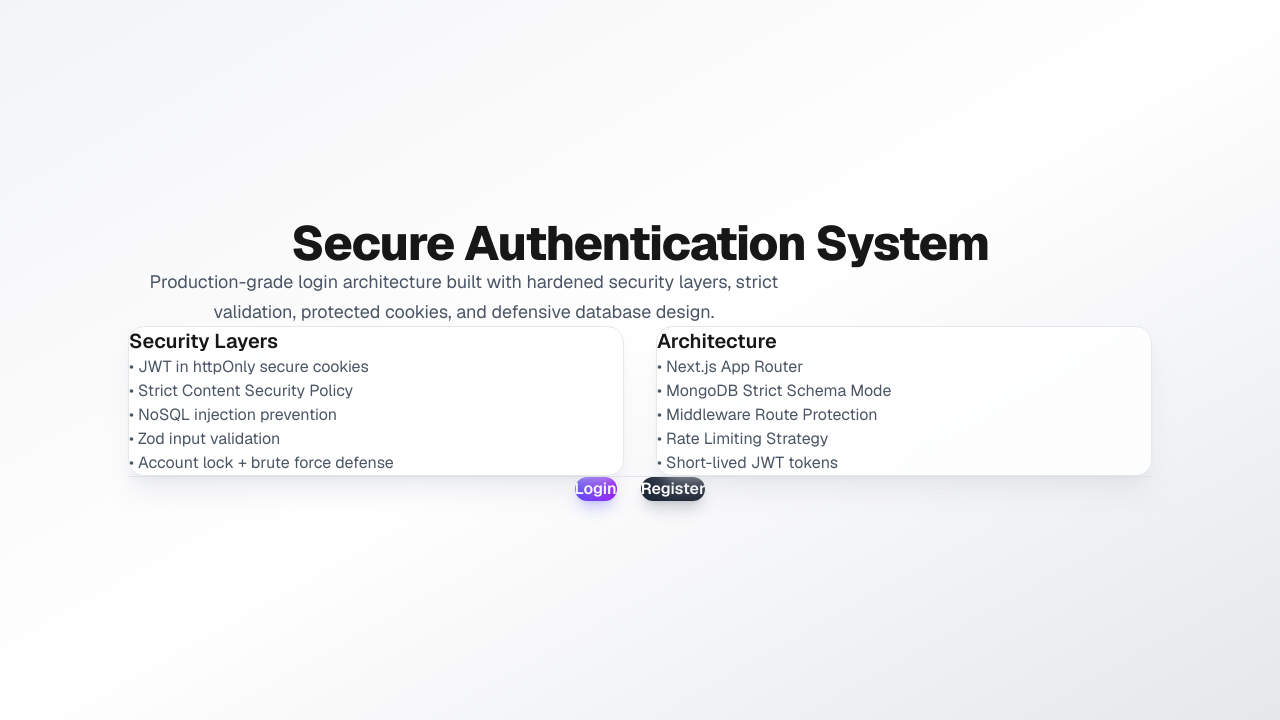
Repository: swastikjhacoder/secure-auth-app
Page: /
An editor plug-in stored every save of this project. The page is shown before and after the next save, followed by the edit.
The browser window is 1280 px wide. The pictures show the whole page.
The project was rebuilt for these pictures with package versions that can differ from the ones it lists, and the page was loaded fresh each time. The framework's server and built-in components were replaced by stand-ins that run in the browser. Also part of the build but not shown: next.config.mjs.

Above is the page before, as saved 2026-03-02 12:53:52.

### src/app/layout.js
import { Geist, Geist_Mono } from "next/font/google";
import "./globals.css";

const geistSans = Geist({
  variable: "--font-geist-sans",
  subsets: ["latin"],
  display: "swap",
});

const geistMono = Geist_Mono({
  variable: "--font-geist-mono",
  subsets: ["latin"],
  display: "swap",
});

export const metadata = {
  title: {
    default: "Secure Auth App",
    template: "%s | Secure Auth App",
  },
  description: "Production-grade secure authentication system",
  metadataBase: new URL("http://localhost:3000"),
  robots: {
    index: false,
    follow: false,
  },
};

export default function RootLayout({ children }) {
  return (
    <html lang="en" suppressHydrationWarning>
      <body
        className={`
          ${geistSans.variable}
          ${geistMono.variable}
          font-sans
          antialiased
          min-h-screen
        `}
      >
        {children}
      </body>
    </html>
  );
}

### src/app/page.js
import Link from "next/link";

export default function Home() {
  return (
    <div className="min-h-screen bg-linear-to-br from-gray-100 via-white to-gray-200 dark:from-black dark:via-zinc-900 dark:to-black flex items-center justify-center px-6 py-16">
      <div className="w-full max-w-5xl space-y-14">
        <div className="text-center space-y-6">
          <h1 className="text-5xl font-extrabold tracking-tight">
            Secure Authentication System
          </h1>

          <p className="text-lg text-gray-600 dark:text-gray-400 max-w-2xl mx-auto leading-relaxed">
            Production-grade login architecture built with hardened security
            layers, strict validation, protected cookies, and defensive database
            design.
          </p>
        </div>

        <div className="grid gap-8 md:grid-cols-2">
          <div className="p-8 rounded-2xl bg-white/80 dark:bg-zinc-900/70 backdrop-blur-md border border-gray-200 dark:border-zinc-800 shadow-xl shadow-gray-300/40 dark:shadow-black/40 transition hover:scale-[1.02] duration-300">
            <h3 className="text-xl font-semibold mb-4">Security Layers</h3>

            <ul className="space-y-3 text-gray-600 dark:text-gray-400">
              <li>• JWT in httpOnly secure cookies</li>
              <li>• Strict Content Security Policy</li>
              <li>• NoSQL injection prevention</li>
              <li>• Zod input validation</li>
              <li>• Account lock + brute force defense</li>
            </ul>
          </div>

          <div className="p-8 rounded-2xl bg-white/80 dark:bg-zinc-900/70 backdrop-blur-md border border-gray-200 dark:border-zinc-800 shadow-xl shadow-gray-300/40 dark:shadow-black/40 transition hover:scale-[1.02] duration-300">
            <h3 className="text-xl font-semibold mb-4">Architecture</h3>

            <ul className="space-y-3 text-gray-600 dark:text-gray-400">
              <li>• Next.js App Router</li>
              <li>• MongoDB Strict Schema Mode</li>
              <li>• Middleware Route Protection</li>
              <li>• Rate Limiting Strategy</li>
              <li>• Short-lived JWT tokens</li>
            </ul>
          </div>
        </div>

        <div className="flex justify-center gap-6 mt-12 pt-8 border-t border-gray-200 dark:border-zinc-800">
          <Link
            href="/login"
            className="px-8 py-3 rounded-xl font-semibold text-white
                       bg-linear-to-r from-indigo-600 to-purple-600
                       shadow-lg shadow-indigo-500/30
                       hover:from-indigo-500 hover:to-purple-500
                       hover:shadow-indigo-500/50
                       transition-all duration-300"
          >
            Login
          </Link>

          <Link
            href="/register"
            className="px-8 py-3 rounded-xl font-semibold
                       bg-linear-to-r from-gray-800 to-gray-900
                       text-white
                       shadow-lg shadow-gray-500/30
                       hover:from-gray-700 hover:to-black
                       hover:shadow-gray-500/50
                       transition-all duration-300"
          >
            Register
          </Link>
        </div>
      </div>
    </div>
  );
}

### src/app/globals.css
@import "tailwindcss";

:root {
  --background: #ffffff;
  --foreground: #171717;
}

@media (prefers-color-scheme: dark) {
  :root {
    --background: #0a0a0a;
    --foreground: #ededed;
  }
}

@theme inline {
  --color-background: var(--background);
  --color-foreground: var(--foreground);
  --font-sans: var(--font-geist-sans);
  --font-mono: var(--font-geist-mono);
}

* {
  box-sizing: border-box;
  margin: 0;
  padding: 0;
}

body {
  background: var(--background);
  color: var(--foreground);
  font-family: var(--font-geist-sans), system-ui, sans-serif;
  min-height: 100vh;
  text-rendering: optimizeLegibility;
  -webkit-font-smoothing: antialiased;
}

html, body {
  overflow-x: hidden;
}

After the next save:
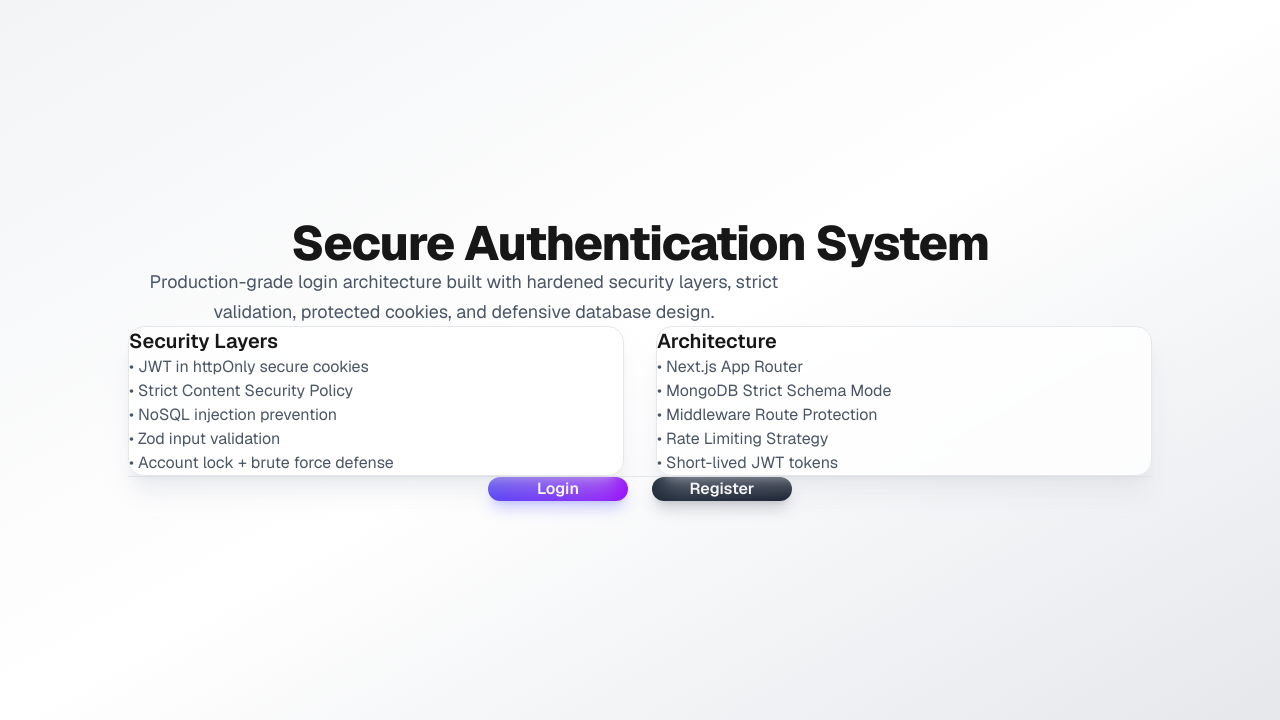
Saved 14 s later.
--- a/src/app/page.js
+++ b/src/app/page.js
@@ -45,25 +45,25 @@ export default function Home() {
         <div className="flex justify-center gap-6 mt-12 pt-8 border-t border-gray-200 dark:border-zinc-800">
           <Link
             href="/login"
-            className="px-8 py-3 rounded-xl font-semibold text-white
-                       bg-linear-to-r from-indigo-600 to-purple-600
-                       shadow-lg shadow-indigo-500/30
-                       hover:from-indigo-500 hover:to-purple-500
-                       hover:shadow-indigo-500/50
-                       transition-all duration-300"
+            className="min-w-[140px] px-10 py-4 rounded-xl font-semibold text-white
+             bg-linear-to-r from-indigo-600 to-purple-600
+             shadow-lg shadow-indigo-500/30
+             hover:from-indigo-500 hover:to-purple-500
+             hover:shadow-indigo-500/50
+             transition-all duration-300 text-center"
           >
             Login
           </Link>
 
           <Link
             href="/register"
-            className="px-8 py-3 rounded-xl font-semibold
-                       bg-linear-to-r from-gray-800 to-gray-900
-                       text-white
-                       shadow-lg shadow-gray-500/30
-                       hover:from-gray-700 hover:to-black
-                       hover:shadow-gray-500/50
-                       transition-all duration-300"
+            className="min-w-[140px] px-10 py-4 rounded-xl font-semibold
+             bg-linear-to-r from-gray-800 to-gray-900
+             text-white
+             shadow-lg shadow-gray-500/30
+             hover:from-gray-700 hover:to-black
+             hover:shadow-gray-500/50
+             transition-all duration-300 text-center"
           >
             Register
           </Link>
